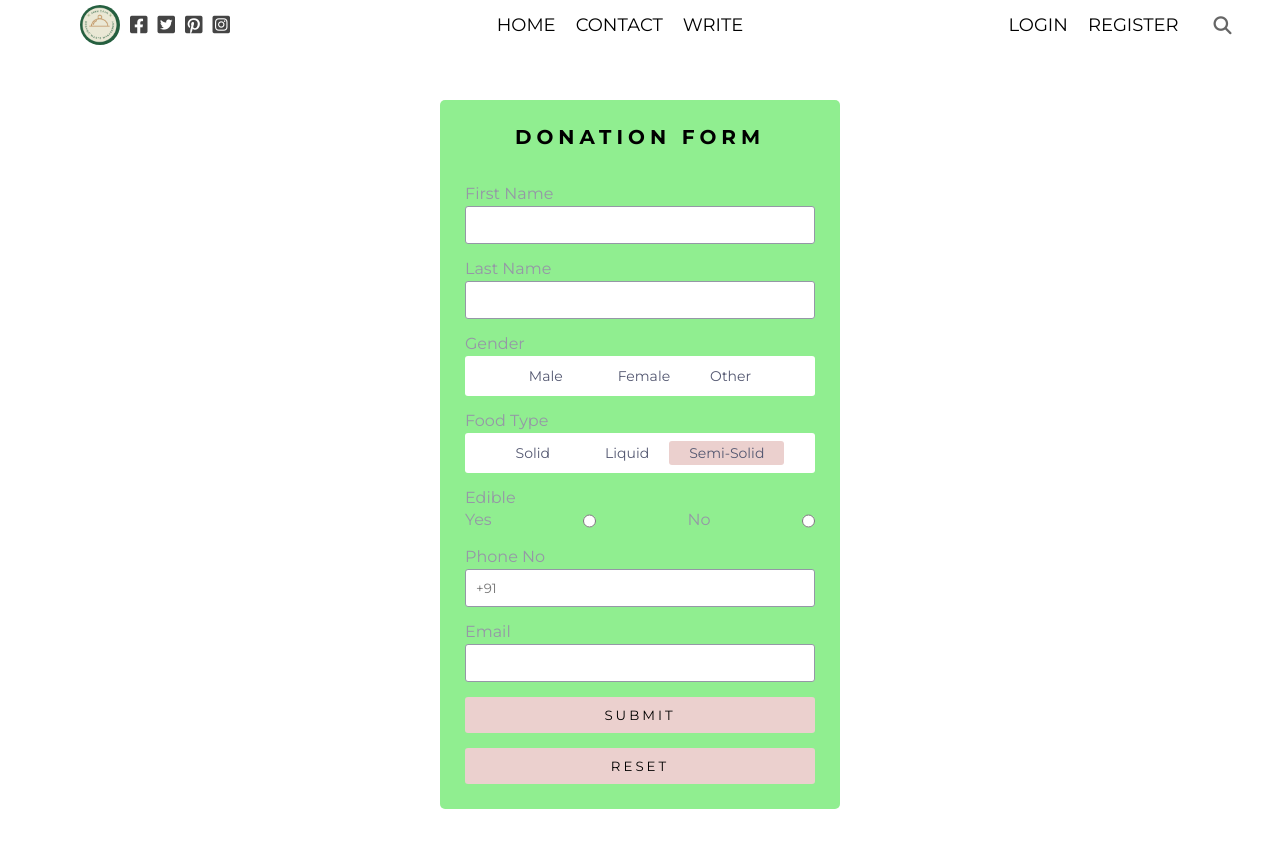
Repository: blsnabrhm/anna-daan
Page: /contact (app in client/)
An editor plug-in stored every save of this project. The page is shown before and after the next save, followed by the edit.
The browser window is 1280 px wide. The pictures show the whole page.
Some web libraries are served in a nearby version. The project was rebuilt for these pictures with package versions that can differ from the ones it lists, and the page was loaded fresh each time. Also part of the build but not shown: client/src/components/header/header.css, client/src/components/header/Header.jsx, client/src/components/posts/posts.css, client/src/components/posts/Posts.jsx, client/src/components/sidebar/sidebar.css, client/src/components/sidebar/SideBar.jsx, client/src/pages/home/home.css, client/src/pages/home/Home.jsx and 13 more. Imported but missing from the stored project, and not drawn on this page: client/src/components/post/Post.

Above is the page before, as saved 2022-04-22 08:31:26.

After the next save:
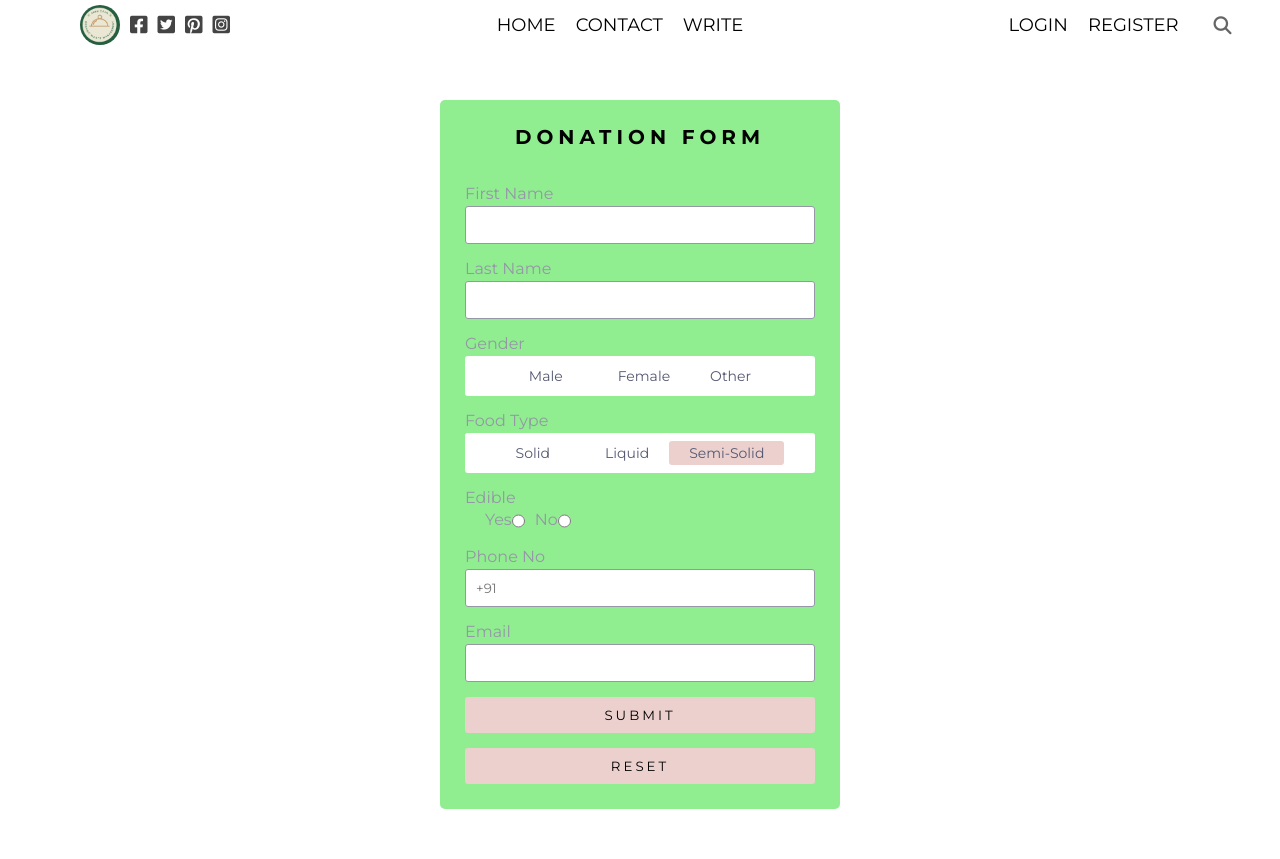
Saved 9 s later.
--- a/client/src/pages/contact/contact.css
+++ b/client/src/pages/contact/contact.css
@@ -18,7 +18,7 @@
 .edible {
     display: flex;
     flex-wrap: wrap;
-    justify-content: space-between;
+    margin-left: 10px;
 }
 
 .wrapper{
